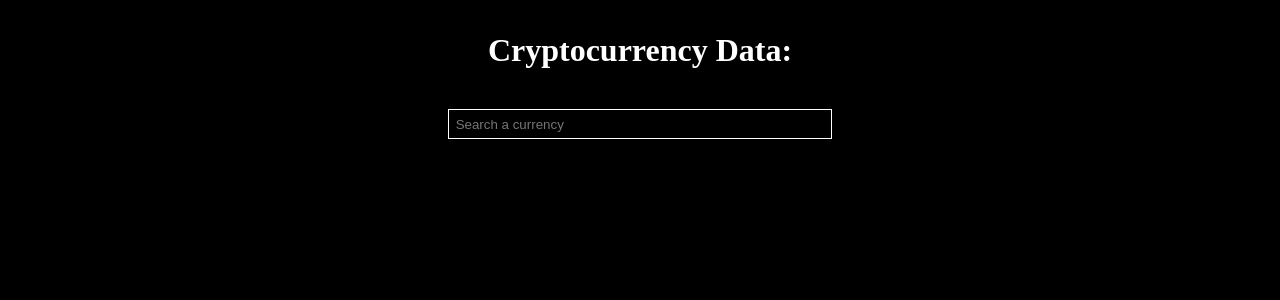
Repository: alejandroacd/cryptocurrency-market
Page: /
These files come from the project's save history. The page is drawn as it stood at one moment and after the next save; the edit follows.
The browser window is 1280 px wide. The pictures show the whole page.
The page's requests for data from a server got no answer. The project was rebuilt for these pictures with package versions that can differ from the ones it lists, and the page was loaded fresh each time. No one was signed in, and anything a server would have sent is missing. Also part of the build but not shown: src/Currency.js.

Above is the page before, as saved 2021-07-17 14:29:12.

### src/App.js
import Axios from 'axios';
import React, {useEffect, useState}  from 'react'
import './App.css';
import Currency from './Currency';


function App() {
  const [values,setValue] = useState([]);
  const [search,setSearch] = useState('')


  useEffect(() => {
    Axios.get('https://api.coingecko.com/api/v3/coins/markets?vs_currency=usd&order=market_cap_desc&per_page=100&page=1&sparkline=false')
    .then(resp => {
      setValue(resp.data)
    })
    .catch(err => {
      console.log(err)
    })
  }, [])

  const handleChange = (e) => {
    setSearch(e.target.value)
  }

  const finalValues = values.filter(value => value.name.toLowerCase().includes(search.toLowerCase()))


  return (
    <div className="App">
      <h1 className="title_page">Cryptocurrency Data:</h1>
      <div className='input-container'>
        <form>
          <input className='crypto_name' placeholder="Search a currency" type="text" onChange={handleChange}></input>
        </form>
      </div>
      {finalValues.map(value => {
        return (
          <Currency
          key={value.id}
          cryptoName={value.name}
          image={value.image}
          price={value.current_price}
          symbol={value.symbol}
          volume={value.market_cap}
          priceChange={value.price_change_percentage_24h}
          marketcap={value.total_volume}
           />
        )
      })}

    </div>
  );
}

export default App;

### src/App.css
@import url('https://fonts.googleapis.com/css2?family=Inter:wght@100&display=swap');


* {
  box-sizing: border-box;
  margin: 0;
  padding: 0;
  background-color: black;
  color:white;
}

.title_page {
  margin-top:1em;
}
.App {
  text-align: center;
}

.input-container form input {
  margin:3em;
  border: 1px solid white;
}

### src/Currency.css
@import url('https://fonts.googleapis.com/css2?family=Inter:wght@100&display=swap');

.currency_container {
    display:flex;
    justify-content: space-between;
    flex-direction: row;
    justify-items: start;
    height: 80px;
    align-items: center;
    border-bottom: 1px solid black;
    width: 85%;
    margin: 0 auto;
}

.currency {
    display:flex;
    align-items: center;
    justify-content: space-between;
    width: 25%;

}

.currency img {
    height: 30px;
    width: 30px;
}

.currency_data {
    display:flex;
    flex-direction: row;
    width: 75%;
    justify-content: space-around;
    align-items: center;
}

.currency h1 {
    font-size:1em;
}

.currency_price {
    width: 110px;
}

.currency_volume {
    width: 155px;
}

.currency_marketcap {
    display:flex;
    width: 230px;
    font-weight: bold;
}

.currency_symbol {
    width: 50px;
}
.crypto_name {
    padding: 0.5em;
    margin: 0 auto;
    width: 30%;
}
.red {
    color:#CD113B;
}

.green {
    color:#66DE93;
}

@media only screen and (max-width: 600px) {
    .currency_container {
        width: 90%;
    }

    .currency_container .currency {
        width: 50%;
    }
    .currency_data {
        width: 50%;
    }
    .currency_data .currency_price  .currency_percent {
        font-size: 0.7rem;

    }
    .currency_data .currency_volume {
        display: none;
    }

    .currency_marketcap {
        display:none;
    }
    .crypto_name {
        width: 70%;

    }

}

Loaded but not shown: public/index.html (common file); src/index.js (common file)

After the next save:
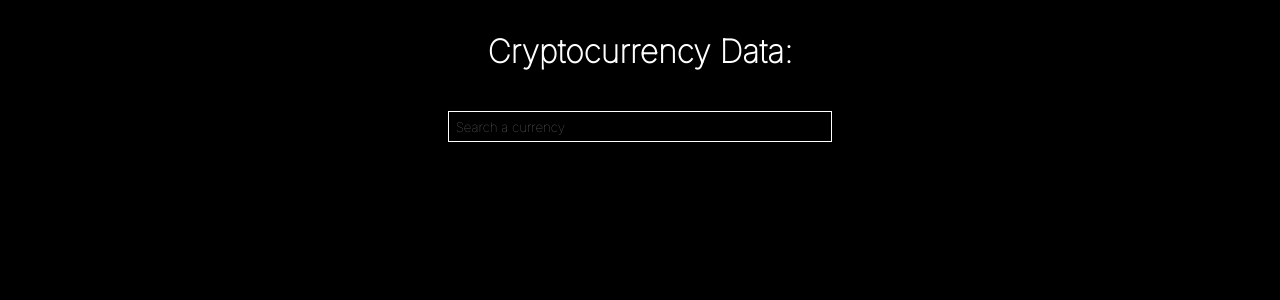
Saved 16 s later.
--- a/src/App.css
+++ b/src/App.css
@@ -7,6 +7,7 @@
   padding: 0;
   background-color: black;
   color:white;
+  font-family: 'Inter', sans-serif;
 }
 
 .title_page {
